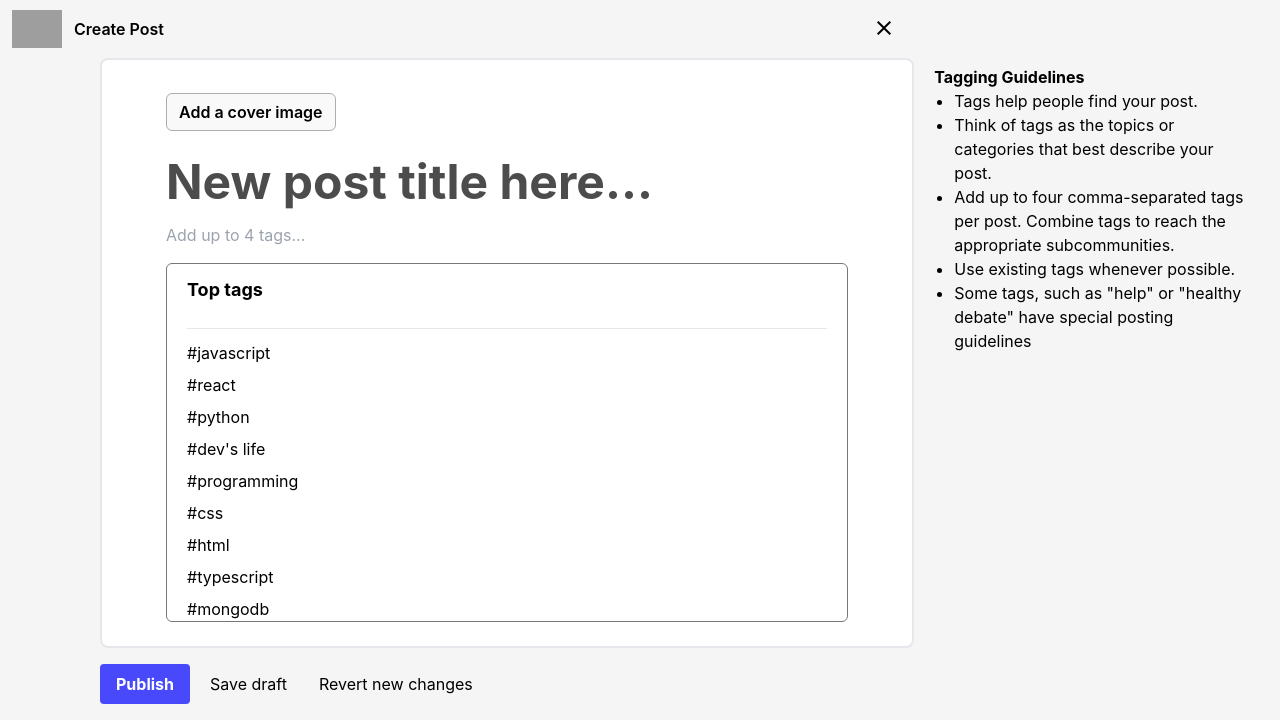
Repository: dat-nguyen-2001/Dev.to
Page: /new (app in client/)
An editor plug-in stored every save of this project. The page is shown before and after a run of saves, followed by the edit.
The browser window is 1280 px wide. The pictures show the whole page.
Pictures or frames that could not be fetched are drawn as grey boxes. An inner scrolling area shows only its first screen. The project was rebuilt for these pictures with package versions that can differ from the ones it lists, and the page was loaded fresh each time. Also part of the build but not shown: client/src/components/Footer.tsx, client/src/components/nav/GuestNav.tsx, client/src/components/nav/NavBar.tsx, client/src/components/Layout.tsx, client/src/pages/about.tsx, client/src/components/SignInForm.tsx, client/src/components/SignInPlatform.tsx, client/src/pages/enter.tsx and 1 more.

Above is the page before, as saved 2022-09-25 12:01:30.

### client/public/index.html
<!DOCTYPE html>
<html lang="en">
  <head>
    <meta charset="utf-8" />
    <link rel="icon" href="%PUBLIC_URL%/dev.to-icon.png" />
    <meta name="viewport" content="width=device-width, initial-scale=1" />
    <meta name="theme-color" content="#000000" />
    <meta
      name="description"
      content="Web site created using create-react-app"
    />
  </head>
  <body>
    <noscript>You need to enable JavaScript to run this app.</noscript>
    <div id="root"></div>
  </body>
</html>

### client/src/index.tsx
import React from 'react';
import ReactDOM from 'react-dom/client';
import './index.css';
import App from './App';
import reportWebVitals from './reportWebVitals';

const root = ReactDOM.createRoot(
  document.getElementById('root') as HTMLElement
);
root.render(
  <React.StrictMode>
      <App />
  </React.StrictMode>
);

// If you want to start measuring performance in your app, pass a function
// to log results (for example: reportWebVitals(console.log))
// or send to an analytics endpoint. Learn more: https://bit.ly/CRA-vitals
reportWebVitals();

### client/src/index.css
@tailwind base;
@tailwind components;
@tailwind utilities;

body {
  margin: 0;
  font-family: -apple-system, BlinkMacSystemFont, 'Segoe UI', 'Roboto', 'Oxygen',
    'Ubuntu', 'Cantarell', 'Fira Sans', 'Droid Sans', 'Helvetica Neue',
    sans-serif;
  -webkit-font-smoothing: antialiased;
  -moz-osx-font-smoothing: grayscale;
  background-color: #f5f5f5;
}

code {
  font-family: source-code-pro, Menlo, Monaco, Consolas, 'Courier New',
    monospace;
}


.space-between {
  justify-content: space-between;
}

.icon {
  @apply w-9 h-9 hover:text-[blue]/70 hover:bg-[#e2e3f3] text-center cursor-pointer rounded py-1
}

/* make words between a line */

.linedWord::before, .linedWord::after {
  content: "";
  flex: 1 1;
  border-bottom : 1px solid black;
  margin: auto
}

.linedWord::before {
  margin-right: 5px
}

.linedWord::after {
  margin-left: 5px
}

.registerInput {
  @apply h-[40px] border-[1px] rounded pl-1
}

### client/src/App.tsx
import {
  BrowserRouter as Router,
  Routes,
  Route,
} from 'react-router-dom';

import AboutPage from './pages/about';
import SignIn from './pages/enter';
import HomePage from './pages/home';
import New from './pages/new';

function App() {
  return (<Router>
    <Routes>
    <Route path='/' element={< HomePage />}></Route>
      <Route path='/about' element={< AboutPage />}></Route>
      <Route path='/enter' element={< SignIn />}></Route>
      <Route path='/new' element={< New />}></Route>
    </Routes>
  </Router>

  );
}

export default App;

### client/src/pages/new.tsx
import ClearIcon from '@mui/icons-material/Clear';
import FormatListNumberedIcon from '@mui/icons-material/FormatListNumbered';
import FormatListBulletedIcon from '@mui/icons-material/FormatListBulleted';
import FormatBoldIcon from '@mui/icons-material/FormatBold';
import FormatItalicIcon from '@mui/icons-material/FormatItalic';
import ImageIcon from '@mui/icons-material/Image';
import AttachmentIcon from '@mui/icons-material/Attachment';
import MoreVertIcon from '@mui/icons-material/MoreVert';
import FormatQuoteIcon from '@mui/icons-material/FormatQuote';
import CodeIcon from '@mui/icons-material/Code';
import BoltIcon from '@mui/icons-material/Bolt';
import { useEffect, useState } from 'react';

const New = () => {

    //Handle creating new article
    const createArticle = () => {
        console.log('created!')
    }

    //Preview image uploaded by user
    const [url, setUrl] = useState<string>('')
    const handlePreviewImage = (e: any) => {
        const file = e.target.files[0];
        const url = URL.createObjectURL(file);
        setUrl(url)
    }

    //Handle tags
    const tags = ["javascript", "react", "python", "dev's life", "programming", "css", "html", "typescript", "mongodb"]

    // Resize textarea when typing
    const textarea = document.querySelector('textarea');
    const handleResize = (e: any) => {
        const area = e.target;
        area.style.height = "auto";
        area.style.height = area.scrollHeight + "px";
    }
    if (textarea !== null) {
        textarea.addEventListener('input', handleResize)
    }


    return (
        <div className='md:grid grid-cols-4 bg-[#f5f5f5] lg:grid-cols-7 2xl:pl-[100px]'>
            <div className='flex flex-col content-center h-screen col-span-3 lg:col-span-5'>
                <div className='h-[8vh] flex items-center space-between px-3'>
                    <div className='flex items-center space-x-3'>
                        <a href='/' className='hidden md:inline'>
                            <img src="https://dev-to-uploads.s3.amazonaws.com/uploads/logos/resized_logo_UQww2soKuUsjaOGNB38o.png" width={50} className="cursor-pointer" />
                        </a>
                        <p className='font-semibold'>Create Post</p>
                    </div>
                    <div className='icon'>
                        <a href='/'>
                            <ClearIcon />
                        </a>
                    </div>
                </div>
                <div className='overflow-y-auto bg-white h-[82vh] border-[2px] rounded-lg flex flex-col py-3 md:py-10 px-2 md:px-16 space-y-5 lg:ml-[100px]'>
                    <form>
                        <input type="file" name='file' id='file' onChange={handlePreviewImage} className='w-0 h-0 opacity-0 overflow-hidden absolute z-[-1] ' />
                        <label htmlFor='file' className='bg-[#f9f9f9] font-semibold px-3 py-2 cursor-pointer rounded-md border-black/30 border-[1.5px]'>Add a cover image</label>
                    </form>

                    {/* preview image */}
                    {url !== "" &&
                        <div className='flex items-center space-x-10'>
                            <img src={url} width={200} />
                            <button className='text-lg px-3 py-1 text-[red] hover:bg-[#eeeeee] rounded-md' onClick={() => setUrl('')}>Remove</button>
                        </div>}

                    <form>
                        <input placeholder='New post title here...' className='text-3xl md:text-4xl lg:text-5xl w-full h-[130%] outline-none font-bold placeholder-black/70' />
                    </form>
                    <form className='relative'>
                        <input placeholder='Add up to 4 tags...' className='w-full outline-none' />
                        <div className='z-[100] absolute top-10 flex flex-col space-y-3 px-5 bg-white w-full border-[.1em] border-solid border-[#777] rounded-md'>
                            <h2 className='text-lg font-bold py-3'>Top tags</h2>
                            <hr></hr>
                            <ul className='flex flex-col space-y-2 cursor-pointer'>
                                {tags.map(tag => (
                                    <li key={tag}>#{tag}</li>
                                ))}
                            </ul>
                        </div>
                    </form>
                    <div className='bg-[#f9f9f9] w-full'>
                        <div className='flex space-between py-4 px-2 '>
                            <div className='flex space-x-3'>
                                <div className='icon'>
                                    <FormatBoldIcon />
                                </div>
                                <div className='icon'>
                                    <FormatItalicIcon />
                                </div>
                                <div className='icon hidden sm:inline'>
                                    <AttachmentIcon />
                                </div>
                                <div className='icon'>
                                    <FormatListNumberedIcon />
                                </div>
                                <div className='icon'>
                                    <FormatListBulletedIcon />
                                </div>
                                <div className='icon hidden md:inline'>
                                    <FormatQuoteIcon />
                                </div>
                                <div className='icon hidden md:inline'>
                                    <CodeIcon />
                                </div>
                                <div className='icon hidden md:inline'>
                                    <BoltIcon />
                                </div>
                                <div className='icon'>
                                    <ImageIcon />
                                </div>
                            </div>
                            <div className='icon'>
                                <MoreVertIcon />
                            </div>
                        </div>

                    </div>
                    <div className='w-full'>
                        <textarea placeholder='Write your post content here...' className='outline-none text-lg w-full' />
                    </div>
                </div>
                <div className='h-[10vh] flex items-center px-3 space-x-2 lg:ml-[100px] lg:px-0'>
                    <button className='px-4 py-2 rounded bg-[blue]/70 hover:bg-[blue] text-white font-bold text-base' onClick={createArticle}>Publish</button>
                    <button className='px-3 py-2 rounded hover:text-[blue]/70 hover:bg-[#e2e3f3]'>Save draft</button>
                    <button className='hidden sm:inline px-3 py-2 rounded hover:text-[blue]/70 hover:bg-[#e2e3f3] text-md'>Revert new changes</button>
                </div>
            </div>

            <div className='hidden md:inline col-span-1 lg:col-span-2 h-[82vh] my-auto px-2 lg:px-5 md:mr-4'>
                <h1 className='font-bold'>Tagging Guidelines</h1>
                <ul className='text-[14px] lg:text-base list-disc pl-5 '>
                    <li>Tags help people find your post.</li>
                    <li>Think of tags as the topics or categories that best describe your post.</li>
                    <li>Add up to four comma-separated tags per post. Combine tags to reach the appropriate subcommunities.</li>
                    <li>Use existing tags whenever possible.</li>
                    <li>Some tags, such as "help" or "healthy debate" have special posting guidelines</li>
                </ul>
            </div>

        </div>
    )
}

export default New

Loaded but not shown: client/src/reportWebVitals.ts (common file); client/tailwind.config.js (common file)

After the next 3 saves:
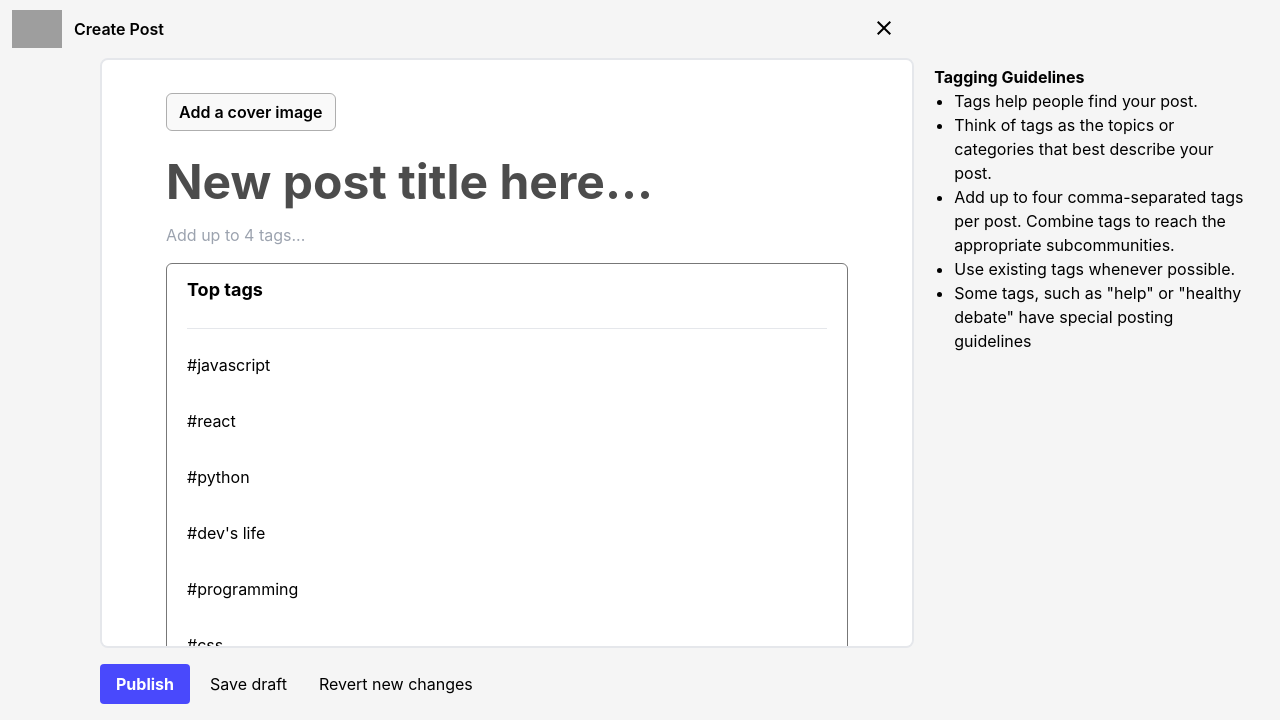
The 3 saves are shown as one change because they came seconds apart.
The last was saved 25 s later.
--- a/client/src/pages/new.tsx
+++ b/client/src/pages/new.tsx
@@ -80,7 +80,7 @@ const New = () => {
                             <hr></hr>
                             <ul className='flex flex-col space-y-2 cursor-pointer'>
                                 {tags.map(tag => (
-                                    <li key={tag}>#{tag}</li>
+                                    <li key={tag} className='py-3'>#{tag}</li>
                                 ))}
                             </ul>
                         </div>
